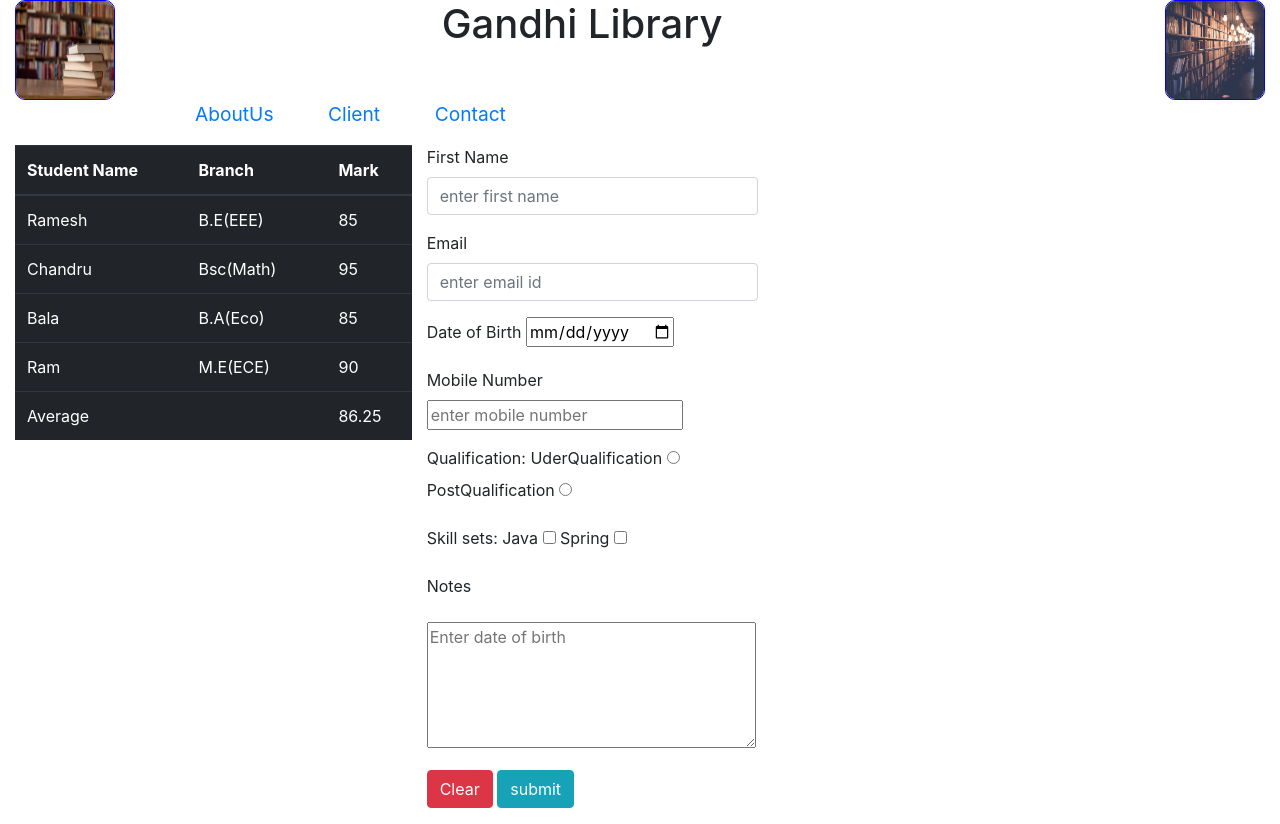
Repository: venkatesakki/JavaDeveloper
Page: css_examples/src/main/webapp/examplebootstrap.html
An editor plug-in stored every save of this project. The page is shown before and after the next save, followed by the edit.
The browser window is 1280 px wide. The pictures show the whole page.

Above is the page before, as saved 2022-06-27 10:27:49.

After the next save:
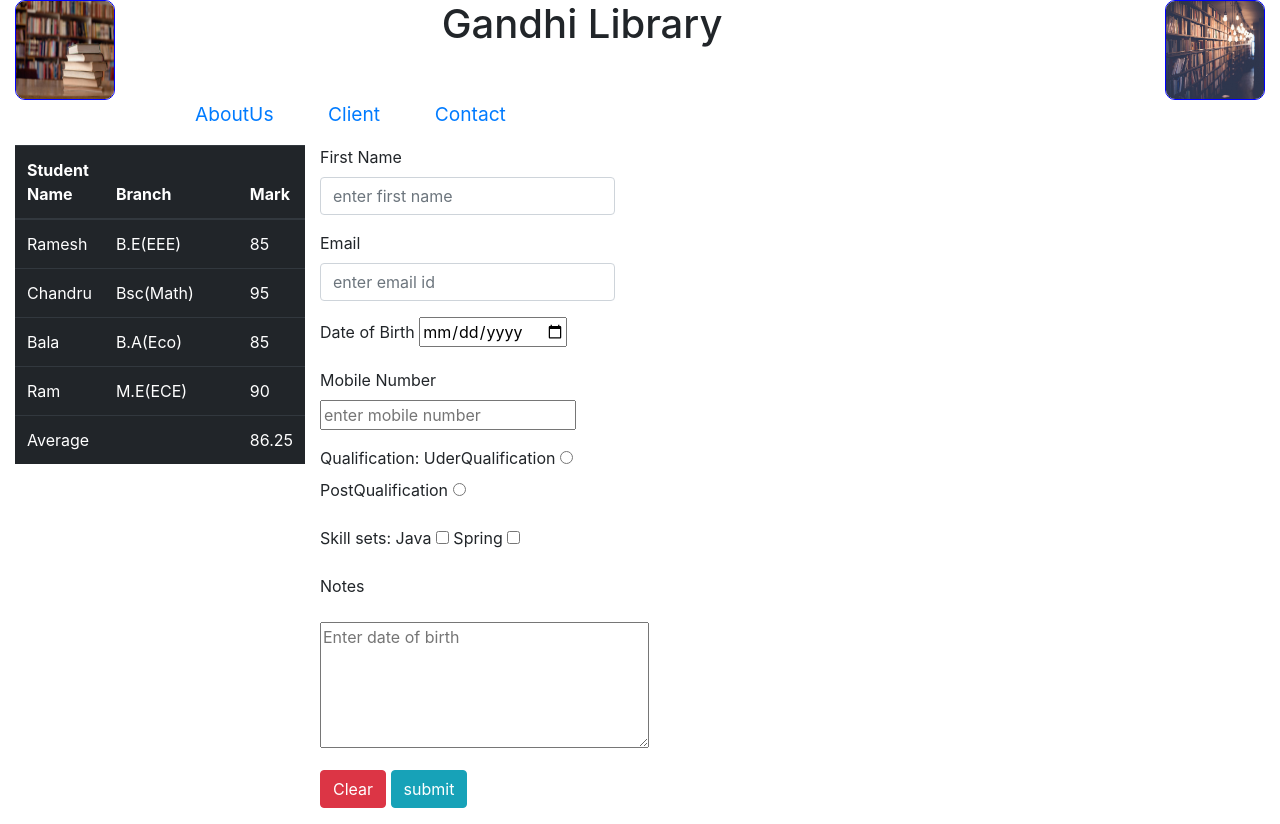
Saved 21 s later.
--- a/css_examples/src/main/webapp/examplebootstrap.html
+++ b/css_examples/src/main/webapp/examplebootstrap.html
@@ -72,7 +72,7 @@
 		</div>
 
 		<div class="row">
-			<div class="col-md-4">
+			<div class="col-md-3">
 
 
 				<table class="table table-dark">
@@ -121,7 +121,7 @@
 
 
 			<div class="row">
-				<div class="col-md-10">
+				<div class="col-md-9">
 
 					<form action="client.html" method="post">
 						<div class="form-group">

After the save that followed:
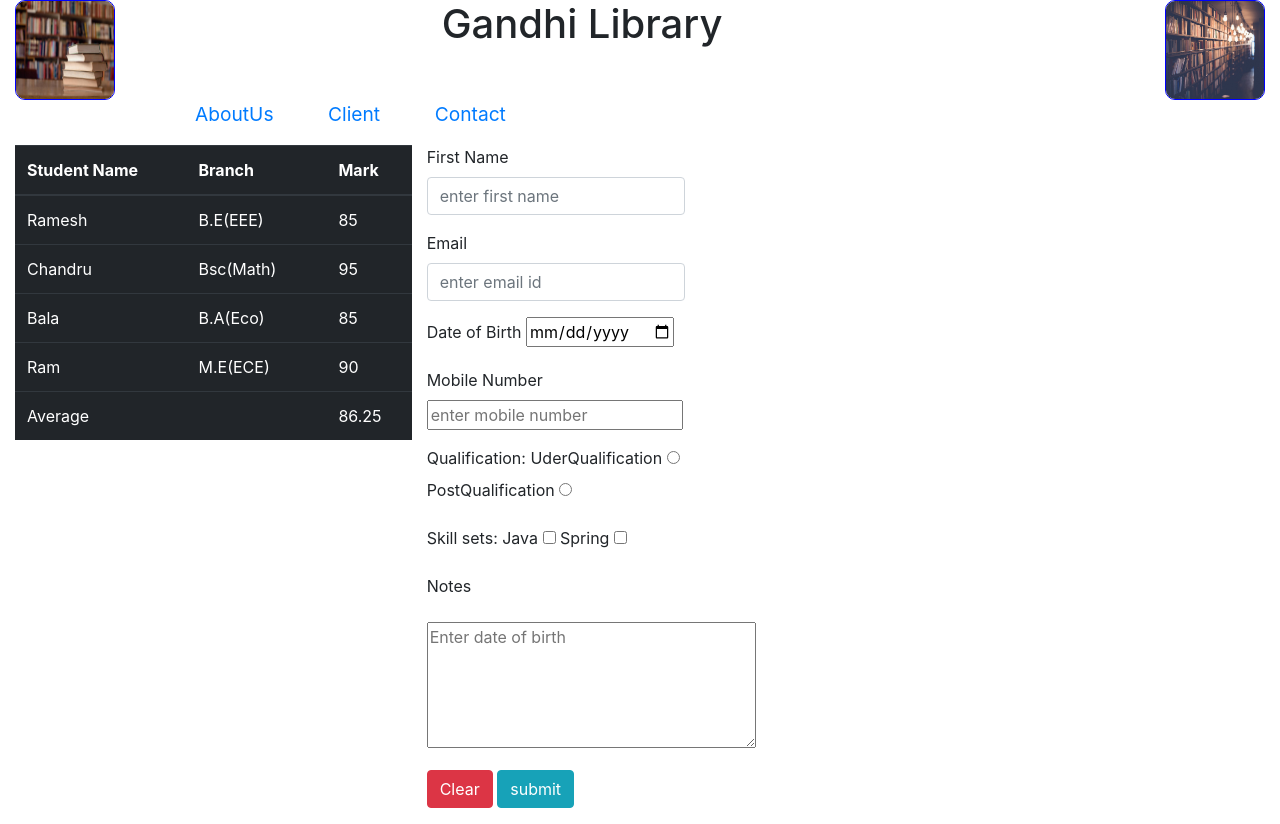
Saved 15 s later.
--- a/css_examples/src/main/webapp/examplebootstrap.html
+++ b/css_examples/src/main/webapp/examplebootstrap.html
@@ -72,7 +72,7 @@
 		</div>
 
 		<div class="row">
-			<div class="col-md-3">
+			<div class="col-md-4">
 
 
 				<table class="table table-dark">
@@ -121,7 +121,7 @@
 
 
 			<div class="row">
-				<div class="col-md-9">
+				<div class="col-md-8">
 
 					<form action="client.html" method="post">
 						<div class="form-group">
